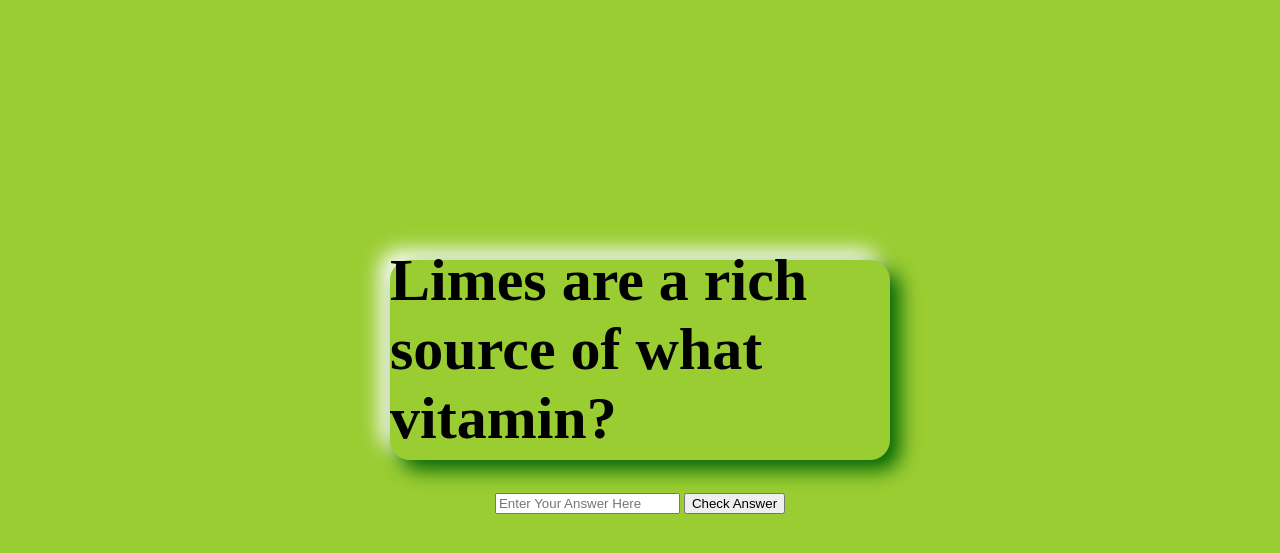
Repository: Joseph061200/Dynamic_Lab2
Page: joseph.html
The author's editor kept a copy of each file at every save. The page is drawn from the files as they stood at one save, then again after the next save.
The browser window is 1280 px wide. The pictures show the whole page.

Above is the page before, as saved 2020-02-20 14:29:28.

After the next save:
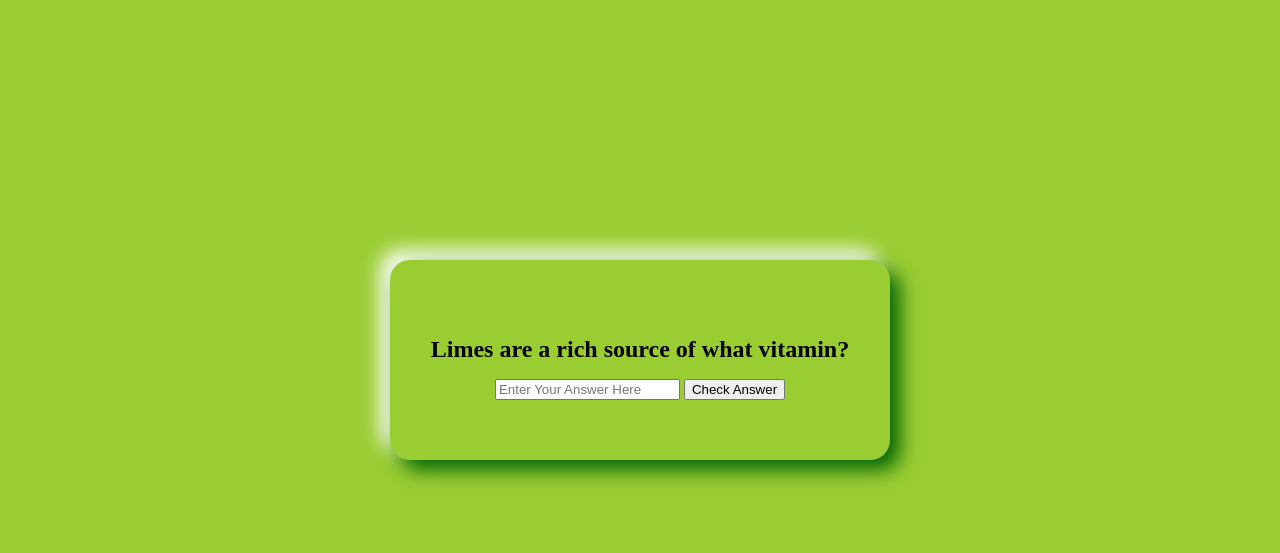
Saved 8 s later.
--- a/joseph.css
+++ b/joseph.css
@@ -22,5 +22,5 @@ body,html {
 
 }
 h1 {
-    font-size: 60px;
+    font-size: 24px;
 }
